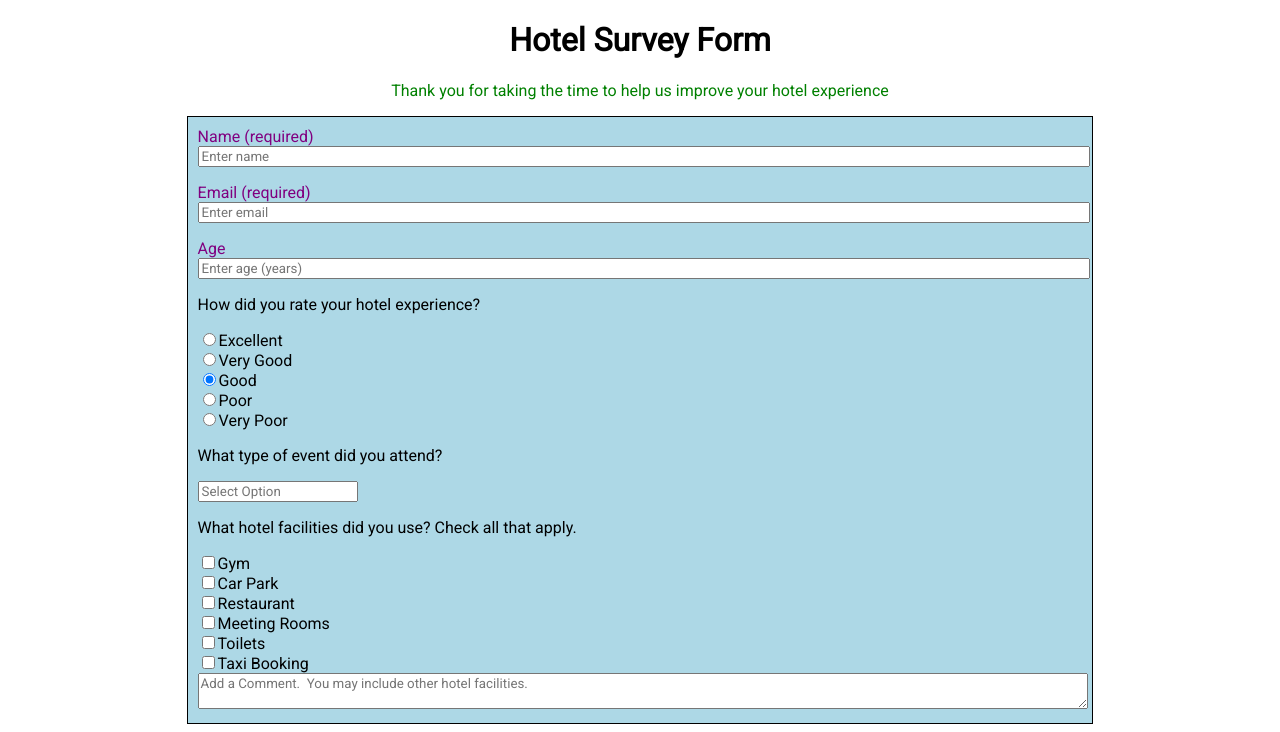
Repository: derektypist/survey-form
Page: index.html
The author's editor kept a record of every edit. The page is drawn from the files as they stood at one moment, then again after the next edit.
The browser window is 1280 px wide. The pictures show the whole page.

Above is the page before.

After the next edit:
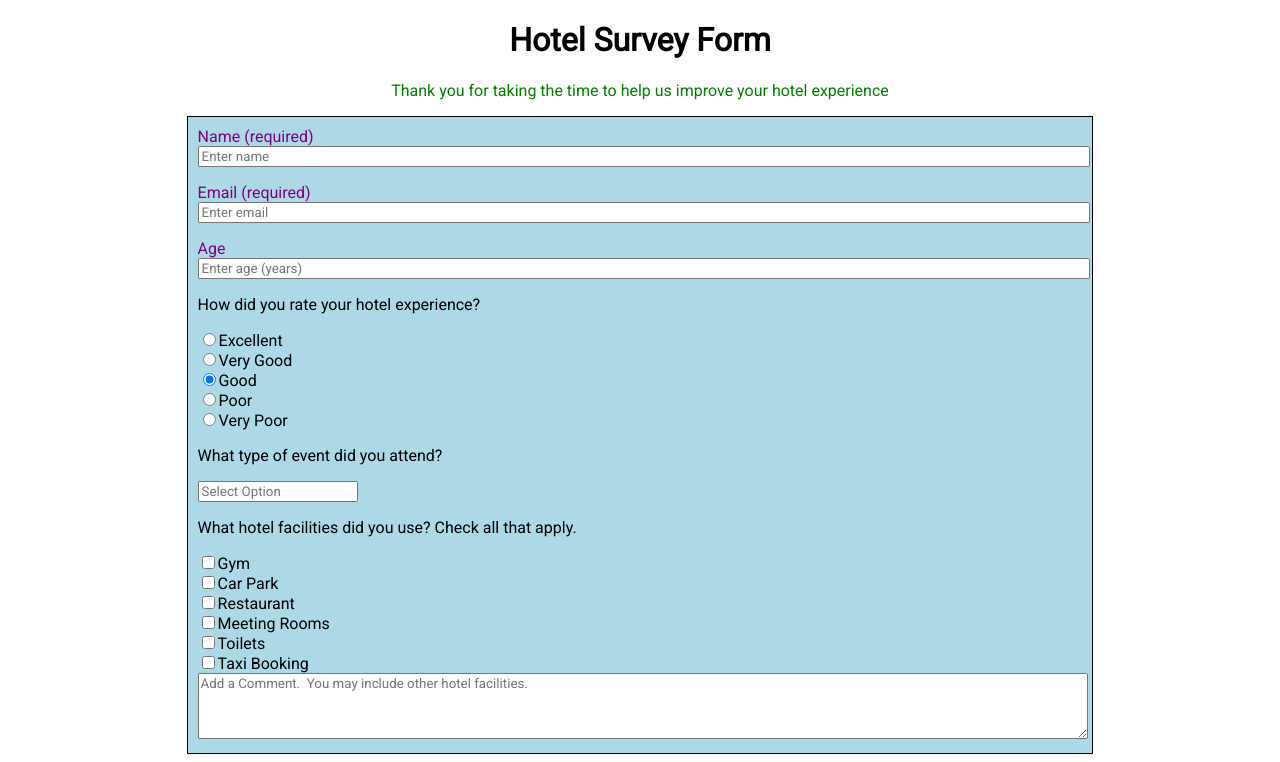
The edit:
--- a/index.html
+++ b/index.html
@@ -151,7 +151,7 @@
                 <br>
 
                 <!-- Provide textarea -->
-                <textarea placeholder="Add a Comment.  You may include other hotel facilities."></textarea>
+                <textarea placeholder="Add a Comment.  You may include other hotel facilities." rows="4"></textarea>
             </form>
         </section>
     </main>
